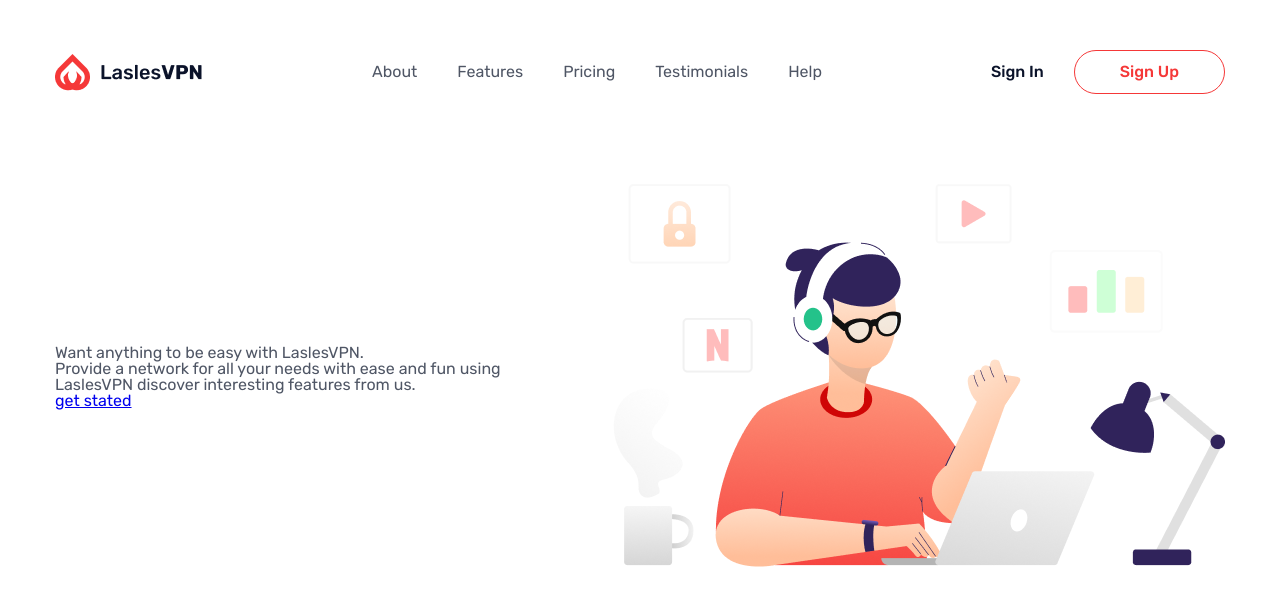
Repository: longvuht/lasles-VPN-vu
Page: index.html
An editor plug-in stored every save of this project. The page is shown before and after the next save, followed by the edit.
The browser window is 1280 px wide. The pictures show the whole page.
The style sheet was rebuilt from its Sass, Less or Tailwind sources for each picture, by a compiler version that may differ from the author's.

Above is the page before, as saved 2022-09-10 16:18:29.

After the next save:
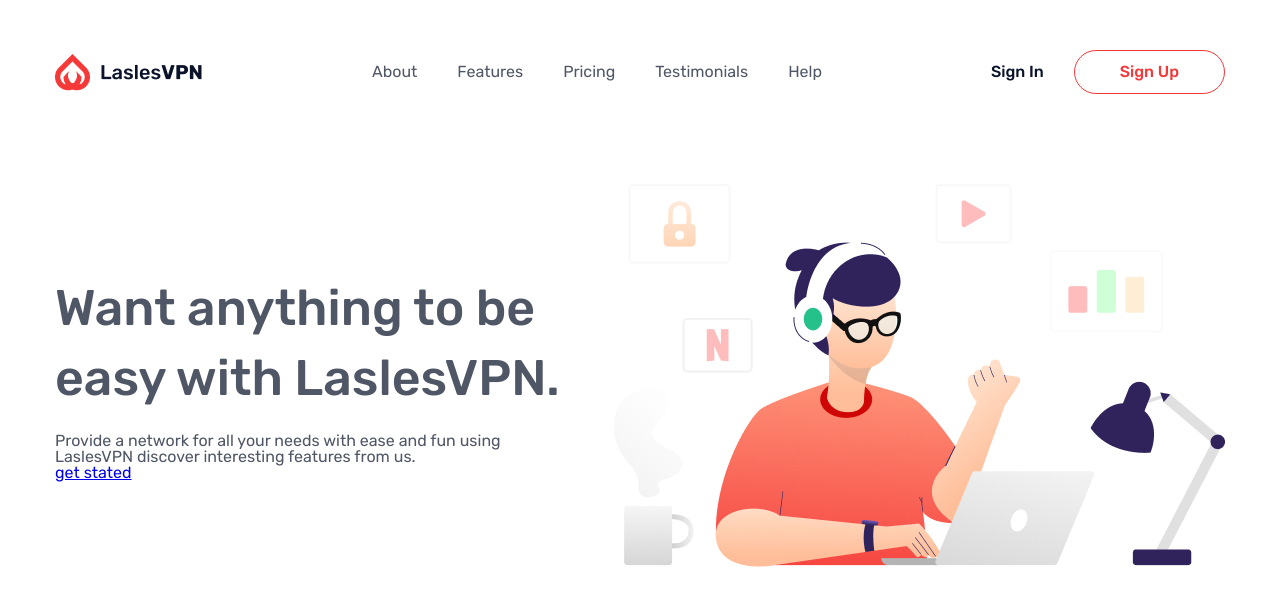
Saved 61 s later.
--- a/sass/_hero.scss
+++ b/sass/_hero.scss
@@ -12,4 +12,10 @@
   &-image {
     flex-shrink: 0;
   }
+  &-heading {
+    font-size: 50px;
+    font-weight: 500;
+    margin-bottom: 20px;
+    line-height: calc(70 / 50);
+  }
 }
